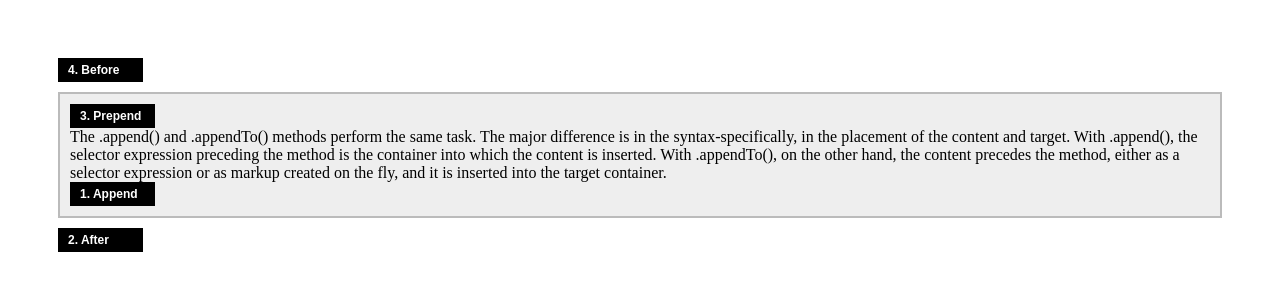
Repository: Migorithm/front_work
Page: front05_JQuery/src/main/webapp/3_event/jq02_append.html
An editor plug-in stored every save of this project. The page is shown before and after the next save, followed by the edit.
The browser window is 1280 px wide. The pictures show the whole page.

Above is the page before, as saved 2021-09-03 06:12:13.

After the next save:
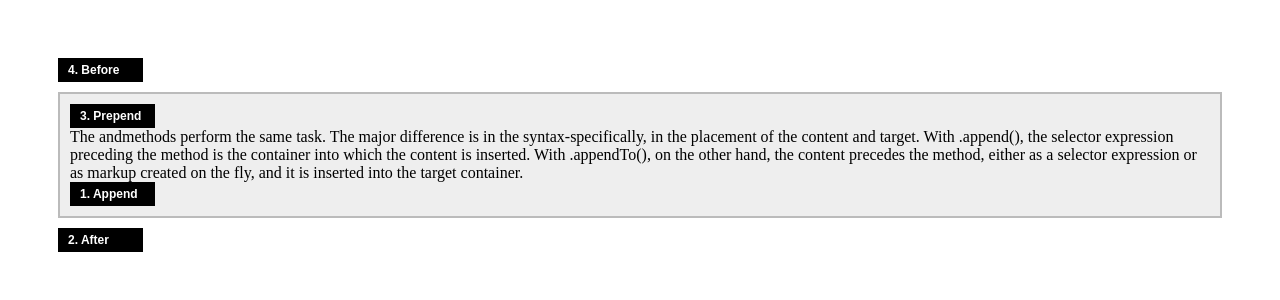
Saved 11 s later.
--- a/front05_JQuery/src/main/webapp/3_event/jq02_append.html
+++ b/front05_JQuery/src/main/webapp/3_event/jq02_append.html
@@ -36,7 +36,7 @@
 </head>
 <body>
 <div>
-The .append() and .appendTo() methods perform the same task. The major difference is in the syntax-specifically, in the placement of the content and target. With .append(), the selector expression preceding the method is the container into which the content is inserted. With .appendTo(), on the other hand, the content precedes the method, either as a selector expression or as markup created on the fly, and it is inserted into the target container.
+The andmethods perform the same task. The major difference is in the syntax-specifically, in the placement of the content and target. With .append(), the selector expression preceding the method is the container into which the content is inserted. With .appendTo(), on the other hand, the content precedes the method, either as a selector expression or as markup created on the fly, and it is inserted into the target container.
 </div>
 </body>
 </html>
